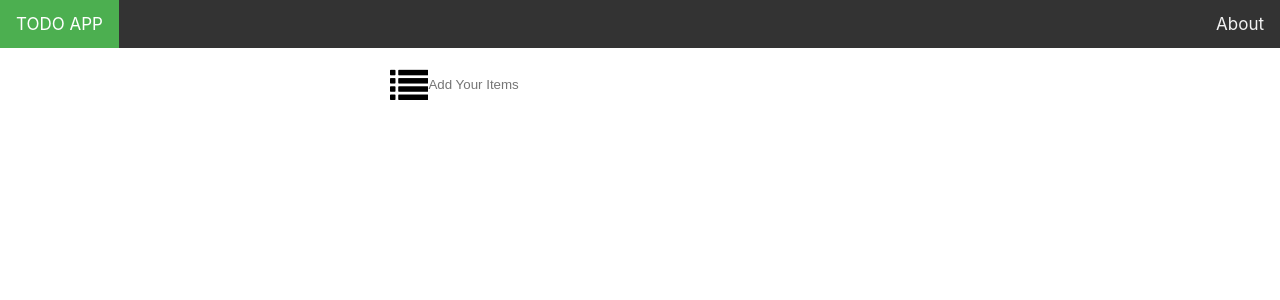
Repository: hoangphuong965/myTodoList
Page: /
These files come from the project's save history. The page is drawn as it stood at one moment and after a run of saves; the edit follows.
The browser window is 1280 px wide. The pictures show the whole page.
The project was rebuilt for these pictures with package versions that can differ from the ones it lists, and the page was loaded fresh each time.

Above is the page before, as saved 2020-06-01 09:48:50.

### public/index.html
<!DOCTYPE html>
<html lang="en">
  <head>
    <meta charset="utf-8" />
    <link rel="icon" href="%PUBLIC_URL%/favicon.ico" />
    <meta name="viewport" content="width=device-width, initial-scale=1" />
    <meta name="theme-color" content="#000000" />
    <meta
      name="description"
      content="Web site created using create-react-app"
    />
    <link rel="apple-touch-icon" href="%PUBLIC_URL%/logo192.png" />
    <!--
      manifest.json provides metadata used when your web app is installed on a
      user's mobile device or desktop. See https://developers.google.com/web/fundamentals/web-app-manifest/
    -->
    <link rel="manifest" href="%PUBLIC_URL%/manifest.json" />
    <!--
      Notice the use of %PUBLIC_URL% in the tags above.
      It will be replaced with the URL of the `public` folder during the build.
      Only files inside the `public` folder can be referenced from the HTML.

      Unlike "/favicon.ico" or "favicon.ico", "%PUBLIC_URL%/favicon.ico" will
      work correctly both with client-side routing and a non-root public URL.
      Learn how to configure a non-root public URL by running `npm run build`.
    -->
    <title>React App</title>
    <link rel="stylesheet" href="https://maxcdn.bootstrapcdn.com/font-awesome/4.7.0/css/font-awesome.min.css">
  </head>
  <body>
    <noscript>You need to enable JavaScript to run this app.</noscript>
    <div id="root"></div>
    <!--
      This HTML file is a template.
      If you open it directly in the browser, you will see an empty page.

      You can add webfonts, meta tags, or analytics to this file.
      The build step will place the bundled scripts into the <body> tag.

      To begin the development, run `npm start` or `yarn start`.
      To create a production bundle, use `npm run build` or `yarn build`.
    -->
  </body>
</html>

### src/App.js
import React, { Component } from "react";
import Navbar from "./components/Navbar/Navbar";
import TodoInput from "./components/TodoInput";
import "./components/todo.css";

export default class App extends Component {
  render() {
    return (
      <div>
        <Navbar />
        <div className="container">
          <TodoInput />
        </div>
      </div>
    );
  }
}

### src/components/Navbar/Navbar.js
import React, { Component } from "react";
import "./navbar.css";

export default class Navbar extends Component {
  render() {
    return (
      <div className="topnav">
        <a className="active" href="#home">
          TODO APP
        </a>
        <a href="#about">About</a>
      </div>
    );
  }
}

### src/components/TodoInput.js
import React, { Component } from "react";

export default class TodoInput extends Component {
  render() {
    return (
      <div className="input">
        <form className="form">
          <span>
            <i className="fa fa-list icon" aria-hidden="true"></i>
          </span>
          <span>
            <input type="text" className="input" placeholder="Add Your Items" />
          </span>
        </form>
      </div>
    );
  }
}

### src/components/todo.css
*{
    margin: 0;
    padding: 0;
    box-sizing: border-box;
}

.container{
    margin: 0 auto;
    width: 500px;
}

.input{
    width: 500px;
    height: 2rem;
    margin: 10px 0px 0px 0px;
    border: 2px;
}

.form{
    display: flex;
}

.icon{
    margin: 9px 0px 0px 0px;
    font-size: 2.4rem;
}

### src/components/Navbar/navbar.css
/* Add a black background color to the top navigation */
.topnav {
    background-color: #333;
    overflow: hidden;
    display: flex;
    justify-content: space-between;
  }

  /* Style the links inside the navigation bar */
  .topnav a {
    color: #f2f2f2;
    text-align: center;
    padding: 14px 16px;
    text-decoration: none;
    font-size: 17px;
    transition: all 0.3s linear;
  }

  /* Change the color of links on hover */
  .topnav a:hover {
    background-color: #ddd;
    color: black;
  }

  /* Add a color to the active/current link */
  .topnav a.active {
    background-color: #4CAF50;
    color: white;
  }

Loaded but not shown: src/index.js (common file); src/index.css (common file); src/serviceWorker.js (common file)

After the next 2 saves:
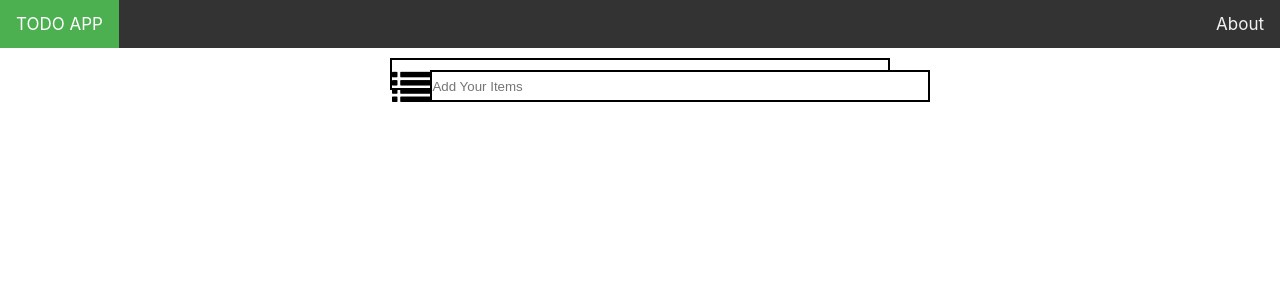
The 2 saves are shown as one change because they came seconds apart.
The last was saved 12 s later.
--- a/src/components/todo.css
+++ b/src/components/todo.css
@@ -13,7 +13,7 @@
     width: 500px;
     height: 2rem;
     margin: 10px 0px 0px 0px;
-    border: 2px;
+    border: 2px solid black;
 }
 
 .form{
